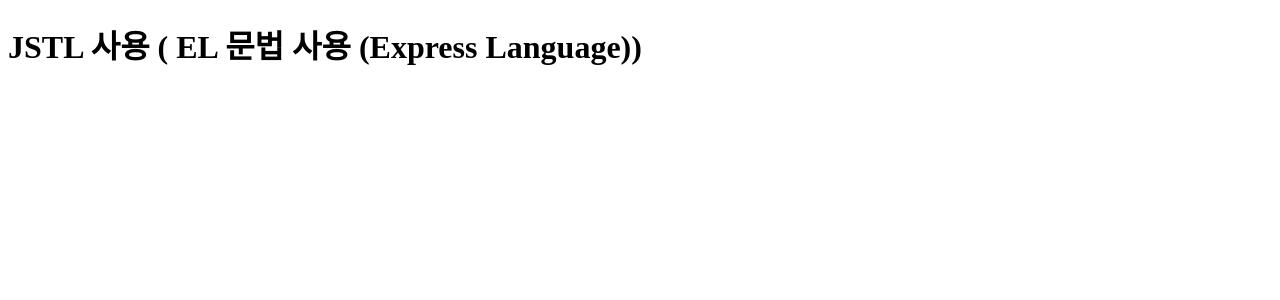
Repository: Kimgigon123123/JspServlet
Page: http://localhost/05.Mybatis/jstl/list.jsp
An editor plug-in stored every save of this project. The page is shown before and after the next save, followed by the edit.
The browser window is 1280 px wide. The pictures show the whole page.
The page is served by Tomcat 9. Other server files are loaded and not shown.

Above is the page before, as saved 2023-05-23 01:31:07.

### WorkSpace/05.Mybatis/src/main/webapp/jstl/list.jsp
<%@ page language="java" contentType="text/html; charset=UTF-8"
    pageEncoding="UTF-8"%>
<!DOCTYPE html>
<html>
<head>
<meta charset="UTF-8">
<title>Insert title here</title>
</head>
<body>
	<h1>JSTL 사용 ( EL 문법 사용 (Express Language))</h1>
</body>
</html>

After the next save:
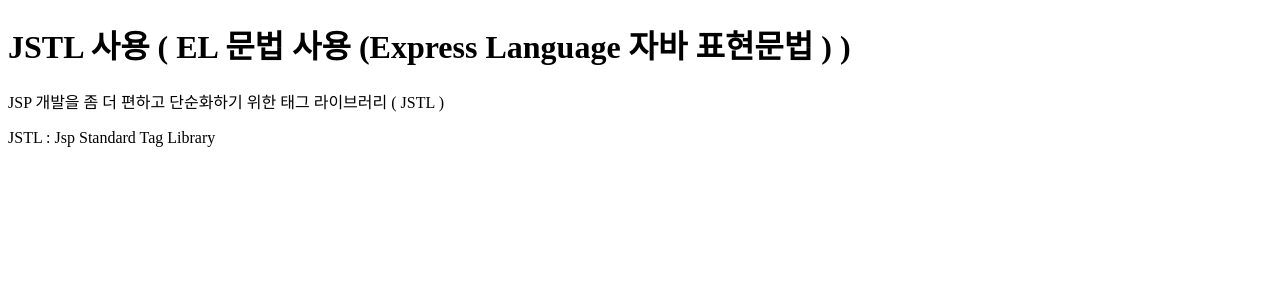
Saved 2 min 31 s later.
--- a/WorkSpace/05.Mybatis/src/main/webapp/jstl/list.jsp
+++ b/WorkSpace/05.Mybatis/src/main/webapp/jstl/list.jsp
@@ -1,5 +1,6 @@
 <%@ page language="java" contentType="text/html; charset=UTF-8"
     pageEncoding="UTF-8"%>
+    <%@ taglib uri="http://java.sun.com/jsp/jstl/core"  prefix = "c"%>
 <!DOCTYPE html>
 <html>
 <head>
@@ -7,6 +8,8 @@
 <title>Insert title here</title>
 </head>
 <body>
-	<h1>JSTL 사용 ( EL 문법 사용 (Express Language))</h1>
+	<h1>JSTL 사용 ( EL 문법 사용 (Express Language 자바 표현문법 ) )</h1>
+	<p>JSP 개발을 좀 더 편하고 단순화하기 위한 태그 라이브러리 ( JSTL )</p>
+	<p>JSTL : Jsp Standard Tag Library</p>
 </body>
 </html>
